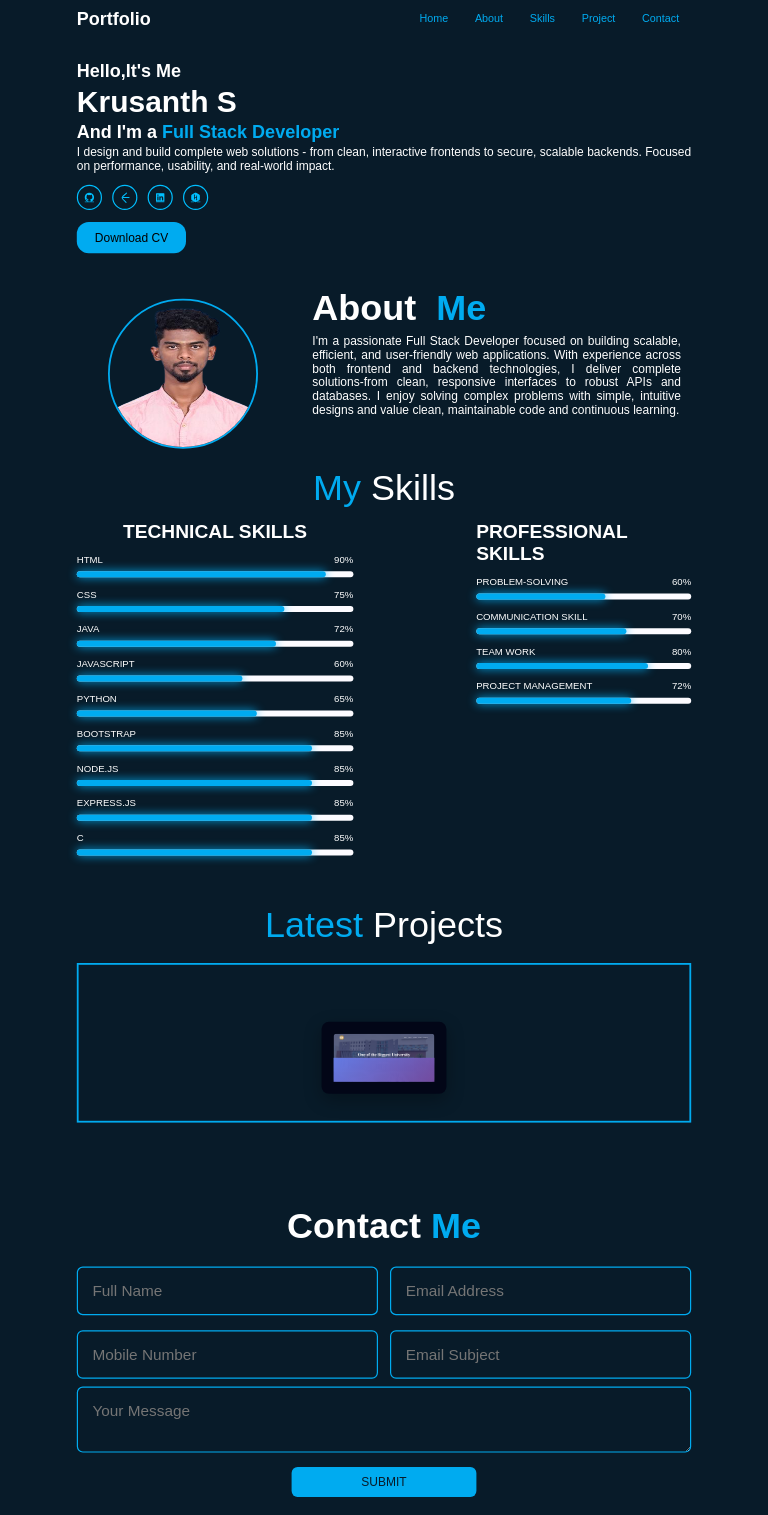
Repository: KrusanthS/PORTFOLIO-
Page: rough3.html
These files come from the project's save history. The page is drawn as it stood at one moment and after the next save; the edit follows.
The browser window is 1280 px wide. The pictures show the whole page, at 60% of full size.

Above is the page before, as saved 2026-02-10 17:53:01.

After the next save:
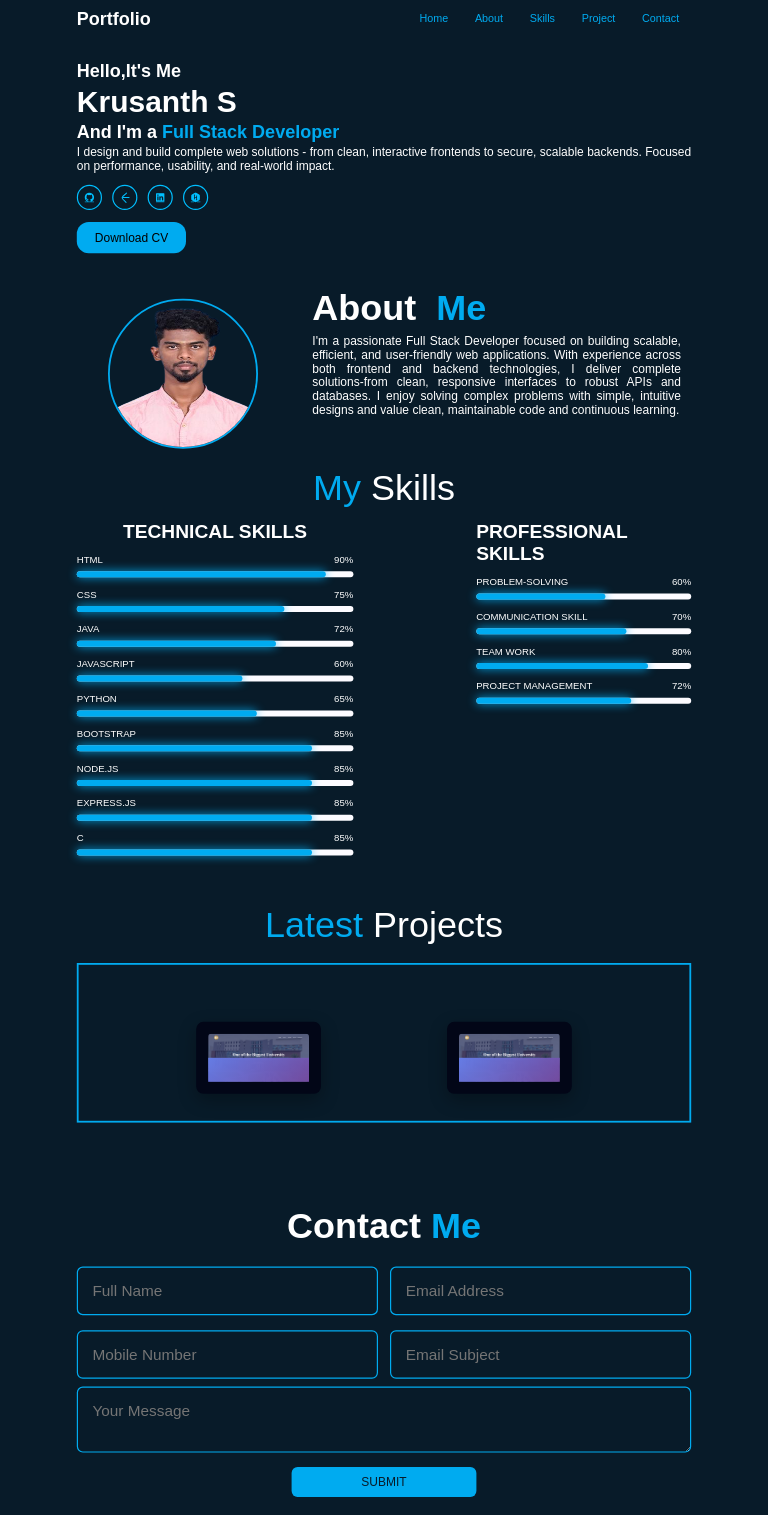
Saved 18 s later.
--- a/rough3.html
+++ b/rough3.html
@@ -307,7 +307,7 @@
             </div>
                 </div> -->
 
-                <!-- <div class="col-12  col-md-6 col-lg-4  col-lg-4 col-lg-4">
+                <div class="col-12  col-md-6 col-lg-4  col-lg-4 col-lg-4">
                       <div class="card">
                 <div class="imgbox">
                     <img src="images/dsu-project.png" alt="Project 3">
@@ -321,7 +321,7 @@
                     </div>
                 </div>
             </div>
-                </div> -->
+                </div>
 
             </div>
         </div>
